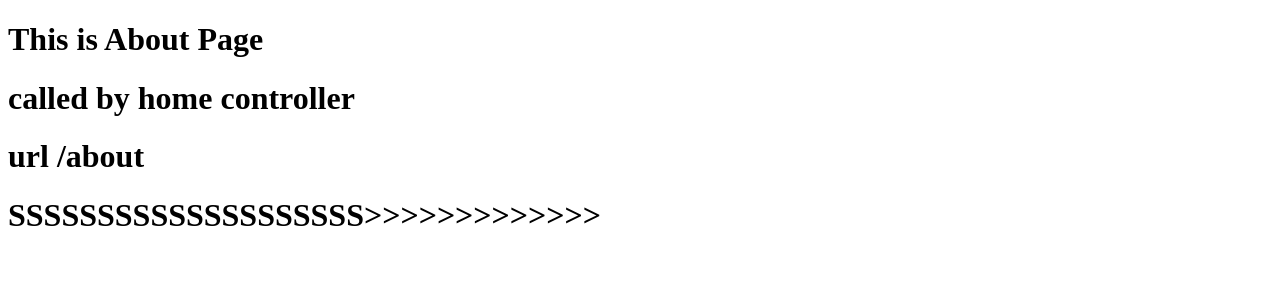
Repository: Sambit-23/Development
Page: http://localhost/springmvc/about
The author's editor kept a copy of each file at every save. The page is drawn from the files as they stood at one save, then again after the next save.
The browser window is 1280 px wide. The pictures show the whole page.
The page is served by Tomcat 9.

Above is the page before, as saved 2023-06-05 08:32:05.

After the next save:
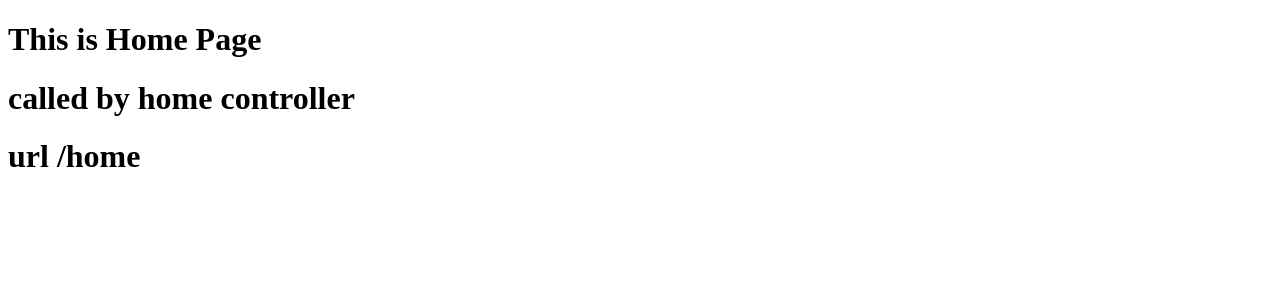
Saved 59 s later.
--- a/springmvc/src/main/java/springmvc/controller/HomeController.java
+++ b/springmvc/src/main/java/springmvc/controller/HomeController.java
@@ -15,7 +15,7 @@
 	@RequestMapping("/about")
 	public String about() {
 		System.out.println("this is about url");
-		return "about";
+		return "index";
 	}
 
 }

After the save that followed:
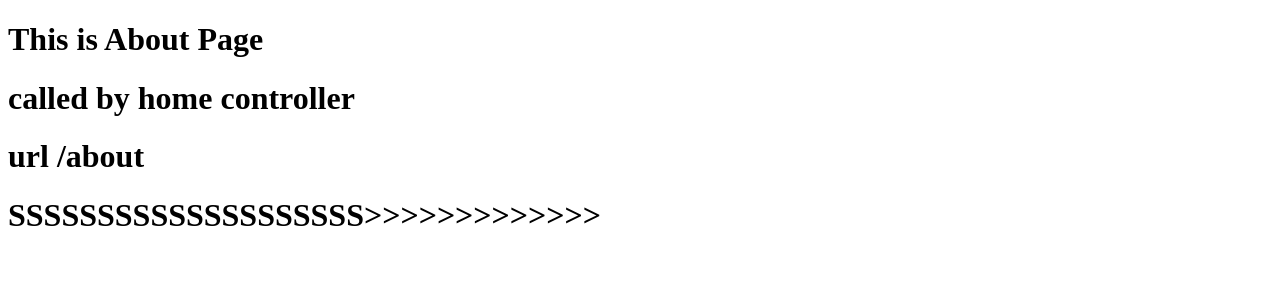
Saved 52 s later.
--- a/springmvc/src/main/java/springmvc/controller/HomeController.java
+++ b/springmvc/src/main/java/springmvc/controller/HomeController.java
@@ -15,7 +15,7 @@
 	@RequestMapping("/about")
 	public String about() {
 		System.out.println("this is about url");
-		return "index";
+		return "about";
 	}
 
 }
